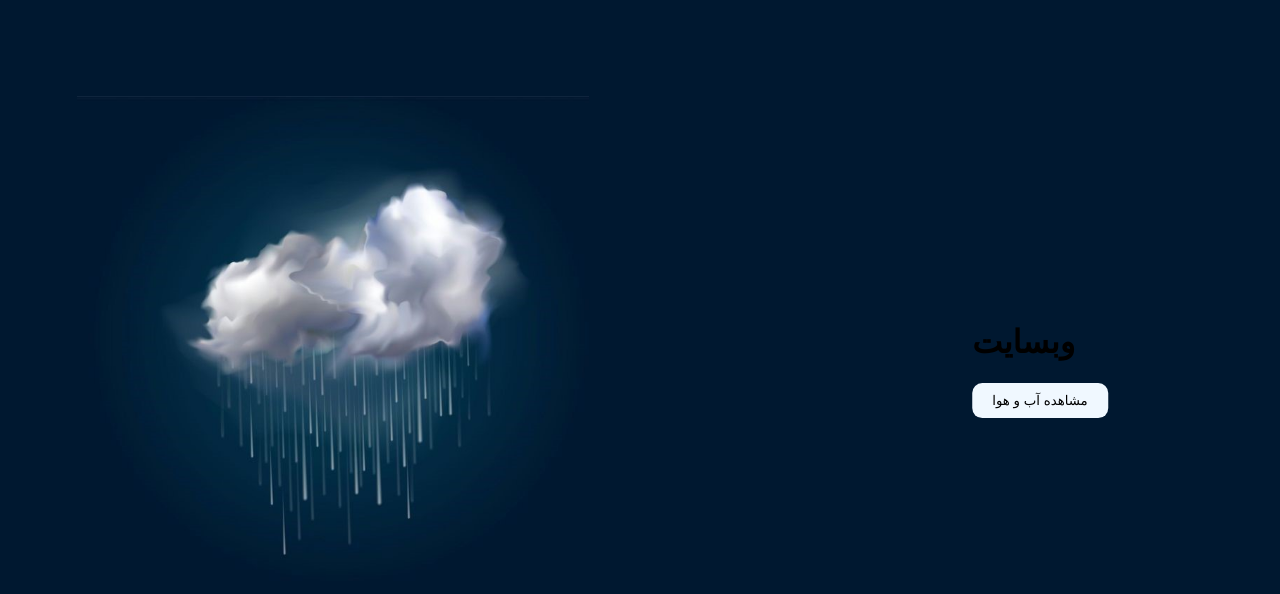
Repository: fateme81yosefi/weather
Page: landing/Landing.html
The author's editor kept a copy of each file at every save. The page is drawn from the files as they stood at one save, then again after the next save.
The browser window is 1280 px wide. The pictures show the whole page.

Above is the page before, as saved 2025-02-02 16:47:09.

### landing/Landing.html
<!doctype html>
<html lang="en">
	<head>
		<meta charset="utf-8">
		<meta name="viewport" content="width=device-width,initial-scale=1">
        <link rel="stylesheet" href="./style/landing.css">

		<title>هواشناسی</title>
	</head>
	<body>
        <div class="container-landing">
            <div class="contain-btn">
                <h1>وبسایت </h1>
                <button class="go-to-weather">مشاهده آب و هوا</button>
            </div>

        </div>


		<script src="./js/landing.js"></script>
	</body>

</html>

### landing/style/landing.css
body {
  margin: 0 !important;
  padding: 0;
  overflow: hidden;
  background-color: #001830;
}
.container-landing {
  background-image: url("../images/bg.jpg");
  background-position: center;
  background-size: 100%;
  background-repeat: no-repeat;
  height: 100vh;
  margin: 0;
  padding: 0;
}

.contain-btn {
  position: absolute;
  top: 50%;
  left: 50%;
  transform: translate(-50%, -50%) translateX(400px);
}
.go-to-weather {
  background-color: aliceblue;
  border: none;
  border-radius: 10px;
  padding: 10px 20px;
}
@media screen and (min-width: 1200px) {
  .container-landing {
    background-position: left;
    background-size: 40%;
    background-position: 10%;
  }
}

Loaded but not shown: landing/js/landing.js (no stored copy; drawn as an empty file)

After the next save:
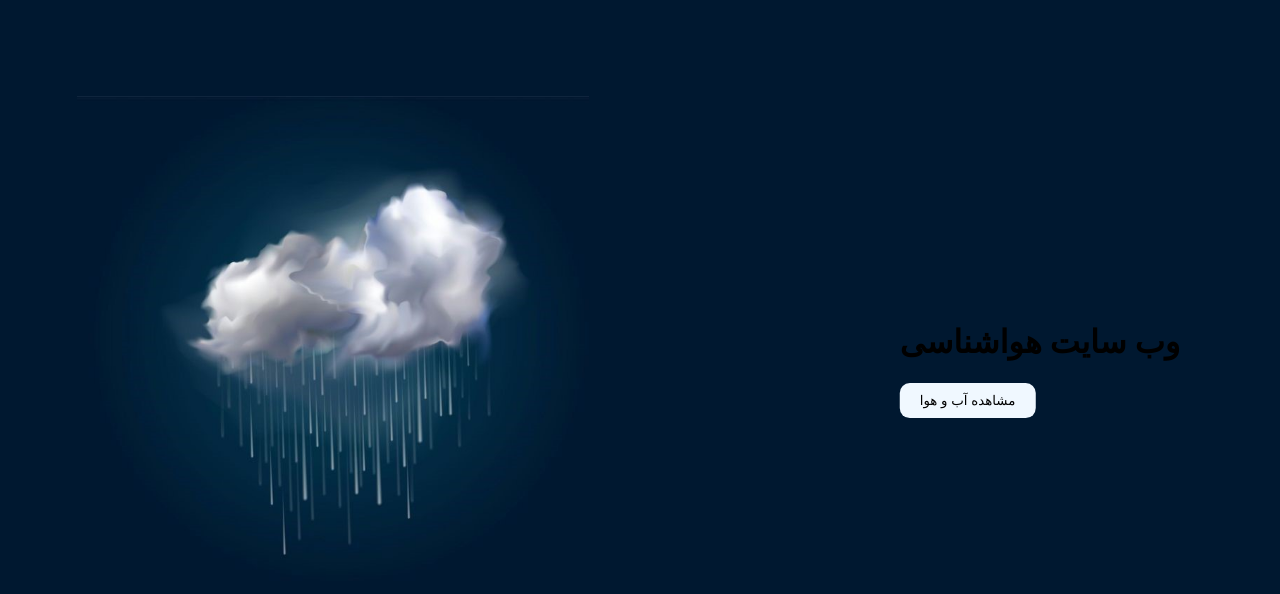
Saved 5 s later.
--- a/landing/Landing.html
+++ b/landing/Landing.html
@@ -10,7 +10,7 @@
 	<body>
         <div class="container-landing">
             <div class="contain-btn">
-                <h1>وبسایت </h1>
+                <h1>وب سایت هواشناسی</h1>
                 <button class="go-to-weather">مشاهده آب و هوا</button>
             </div>
 
